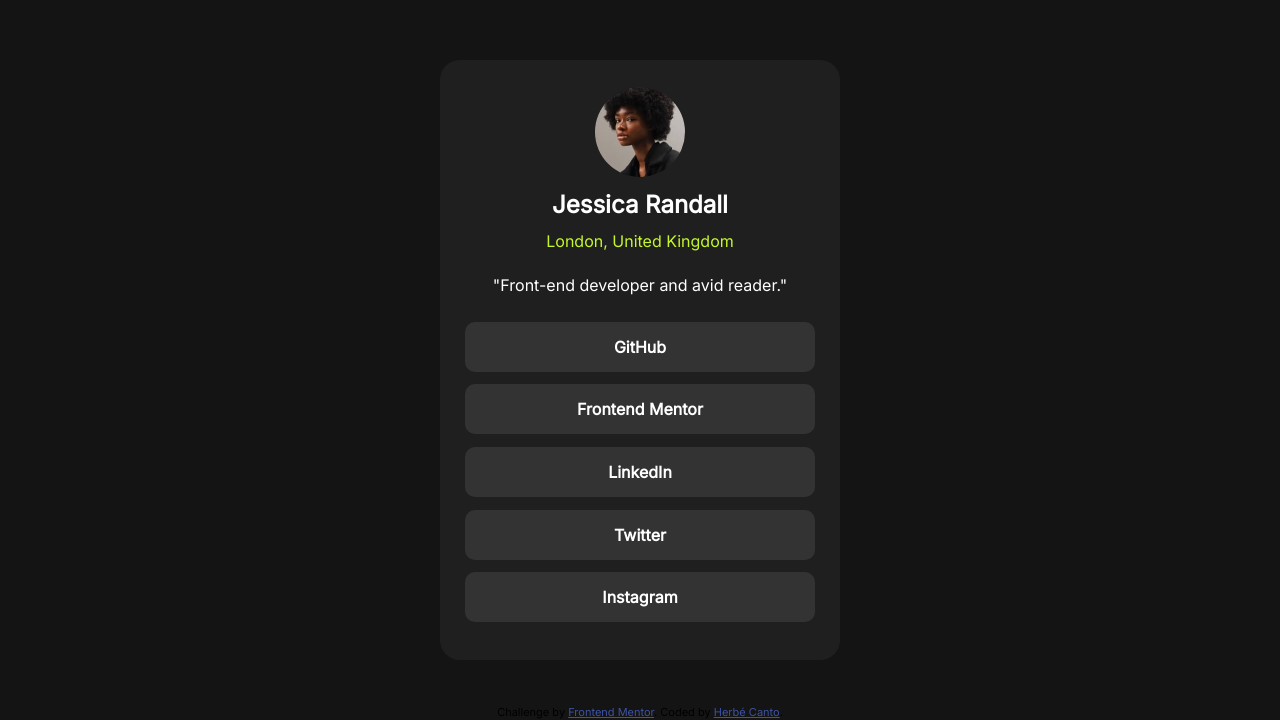
Repository: herbecanto/Social-Links-Profile
Page: index.html
These files come from the project's save history. The page is drawn as it stood at one moment and after the next save; the edit follows.
The browser window is 1280 px wide. The pictures show the whole page.
The pointer rests on the first visible `.card-links ul li a`.

Above is the page before, as saved 2025-01-22 22:01:57.

### index.html
<!DOCTYPE html>
<html lang="en">
  <head>
    <meta charset="UTF-8" />
    <meta name="viewport" content="width=device-width, initial-scale=1.0" />
    <link
      rel="icon"
      type="image/png"
      sizes="32x32"
      href="./assets/images/favicon-32x32.png"
    />

    <title>Frontend Mentor | Social links profile</title>

    <link rel="stylesheet" href="assets/styles/style.css" />

    <link rel="preconnect" href="https://fonts.googleapis.com" />
    <link rel="preconnect" href="https://fonts.gstatic.com" crossorigin />
    <link
      href="https://fonts.googleapis.com/css2?family=Inter:ital,opsz,wght@400;600;700&display=swap"
      rel="stylesheet"
    />
    <style>
      .attribution {
        font-size: 11px;
        text-align: center;
      }
      .attribution a {
        color: hsl(228, 45%, 44%);
      }
    </style>
  </head>
  <body>
    <main>
      <section class="card-container">
        <div class="card-profile">
          <img src="/assets/images/avatar-jessica.jpeg" alt="Avatar pic" />

          <div class="card-profile-information">
            <h1>Jessica Randall</h1>
            <p>London, United Kingdom</p>
            <p>"Front-end developer and avid reader."</p>
          </div>
        </div>

        <div class="card-links">
          <ul>
            <li><a href="">GitHub</a></li>
            <li><a href="">Frontend Mentor</a></li>
            <li><a href="">LinkedIn</a></li>
            <li><a href="">Twitter</a></li>
            <li><a href="">Instagram</a></li>
          </ul>
        </div>
      </section>
    </main>

    <footer>
      <div class="attribution">
        Challenge by
        <a href="https://www.frontendmentor.io?ref=challenge" target="_blank"
          >Frontend Mentor</a
        >. Coded by <a href="#">Herbé Canto</a>.
      </div>
    </footer>
  </body>
</html>

### assets/styles/style.css
/* Box sizing rules */
*,
*::before,
*::after {
  box-sizing: border-box;
  margin: 0;
}

/* Prevent font size inflation */
html {
  -moz-text-size-adjust: none;
  -webkit-text-size-adjust: none;
  text-size-adjust: none;
}

/* Remove default margin in favour of better control in authored CSS */
body,
h1,
h2,
h3,
h4,
p,
figure,
blockquote,
dl,
dd {
  margin-block-end: 0;
}

/* Remove list styles on ul, ol elements with a list role, which suggests default styling will be removed */
ul[role="list"],
ol[role="list"] {
  list-style: none;
}

/* Set core body defaults */
body {
  min-height: 100vh;
  line-height: 1.5;
}

/* Set shorter line heights on headings and interactive elements */
h1,
h2,
h3,
h4,
button,
input,
label {
  line-height: 1.1;
}

/* Balance text wrapping on headings */
h1,
h2,
h3,
h4 {
  text-wrap: balance;
}

/* A elements that don't have a class get default styles */
a:not([class]) {
  text-decoration-skip-ink: auto;
  color: currentColor;
}

/* Make images easier to work with */
img,
picture {
  max-width: 100%;
  display: block;
}

/* Inherit fonts for inputs and buttons */
input,
button,
textarea,
select {
  font-family: inherit;
  font-size: inherit;
}

/* Make sure textarea without a rows attribute are not tiny */
textarea:not([rows]) {
  min-height: 10em;
}

/* Anything that has been anchored to should have extra scroll margin */
:target {
  scroll-margin-block: 5ex;
}

/* ^^^^CSS RESET^^^^ */
:root {
  --green: hsl(75, 94%, 57%);
  --white: hsl(0, 0%, 100%);
  --grey700: hsl(0, 0%, 20%);
  --grey800: hsl(0, 0%, 12%);
  --grey900: hsl(0, 0%, 8%);
}

html {
  font-family: "Inter", sans-serif;
}

body {
  background-color: var(--grey900);
}

main {
  width: 100%;
  height: 100vh;
  display: flex;
  justify-content: center;
  align-items: center;
}

.card-container {
  width: 90%;
  max-width: 400px;
  min-width: 280px;
  height: 600px;

  background-color: var(--grey800);
  border-radius: 20px;

  display: grid;
  grid-template-rows: 40% 60%;

  padding: 20px;
}

.card-profile {
  display: flex;
  flex-direction: column;
  align-items: center;
  justify-content: space-around;
}

.card-profile img {
  width: 90px;
  border-radius: 50%;
}

.card-profile-information {
  display: flex;
  flex-direction: column;
  align-items: center;
  text-align: center;
}
.card-profile-information h1 {
  color: var(--white);
  font-style: normal;
}
.card-profile-information p:nth-child(2) {
  color: var(--green);
  margin-top: 10px;
}
.card-profile-information p:last-child {
  color: var(--white);
  margin-top: 20px;
}

.card-links {
  display: flex;
}

.card-links ul {
  display: flex;
  flex-direction: column;
  align-items: center;
  justify-content: space-evenly;
  padding: 5px;
  width: 100%;
}
.card-links ul li {
  list-style: none;
  width: 100%;
  height: 50px;

  border-radius: 10px;

}

.card-links ul li a {
  width: 100%;
  height: 100%;
  text-decoration: none;
  color: var(--white);
  font-weight: 600;
  display: flex;
  justify-content: center;
  align-items: center;
  background-color: var(--grey700);
  border-radius: 10px;

}

footer .attribution {
  position: absolute;
  bottom: 0;
  width: 100%;
  justify-content: center;
}

After the next save:
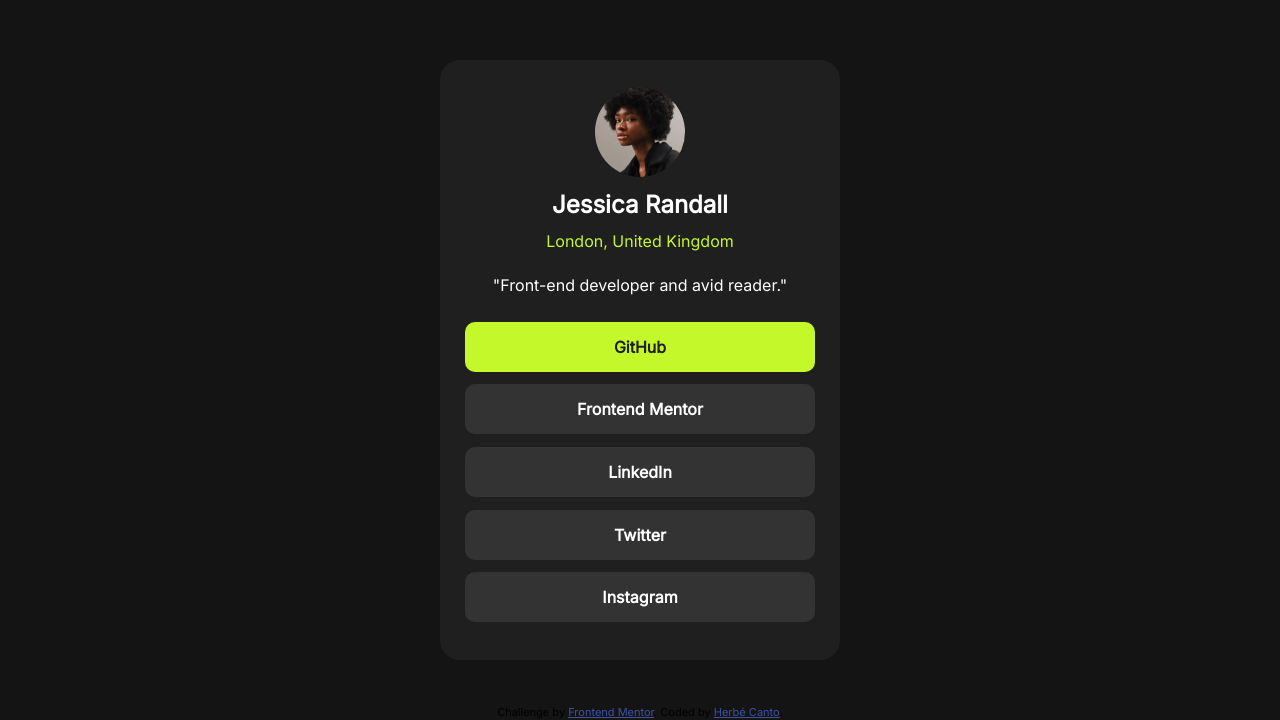
Saved 85 s later.
--- a/assets/styles/style.css
+++ b/assets/styles/style.css
@@ -177,9 +177,7 @@
   list-style: none;
   width: 100%;
   height: 50px;
-
   border-radius: 10px;
-
 }
 
 .card-links ul li a {
@@ -193,7 +191,10 @@
   align-items: center;
   background-color: var(--grey700);
   border-radius: 10px;
-
+}
+.card-links ul li a:hover{
+  background-color: var(--green);
+  color: var(--grey800);
 }
 
 footer .attribution {
